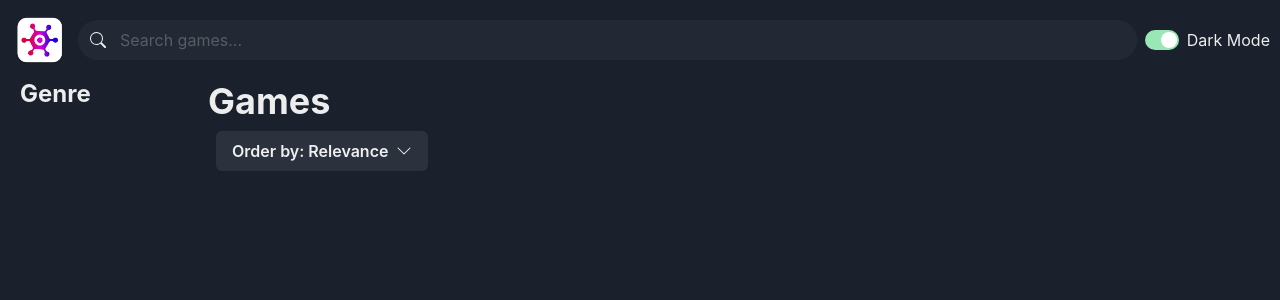
Repository: heyCaroline/game-hub
Page: /
An editor plug-in stored every save of this project. The page is shown before and after the next save, followed by the edit.
The browser window is 1280 px wide. The pictures show the whole page.
The page's requests for data from a server got no answer. The project was rebuilt for these pictures with package versions that can differ from the ones it lists, and the page was loaded fresh each time. No one was signed in, and anything a server would have sent is missing. Also part of the build but not shown: vite.config.ts, src/components/PlatformIconList.tsx, src/components/CriticScore.tsx, src/components/GameCard.tsx.

Above is the page before, as saved 2025-05-23 18:10:21.

### src/main.tsx
import { StrictMode } from "react";
import { createRoot } from "react-dom/client";
import { ChakraProvider, ColorModeScript } from "@chakra-ui/react";
import App from "./App.tsx";
import theme from "./theme";
createRoot(document.getElementById("root")!).render(
  <StrictMode>
    <ChakraProvider theme={theme}>
      <ColorModeScript initialColorMode={theme.config.initialColorMode} />
      <App />
    </ChakraProvider>
  </StrictMode>
);

### src/App.tsx
import {
  Box,
  Flex,
  Grid,
  GridItem,
  Heading,
  HStack,
  Show,
} from "@chakra-ui/react";
import NavBar from "./components/NavBar";
import GameGrid from "./components/GameGrid";
import GenresList from "./components/GenresList";
import { useState } from "react";
import type { Genres } from "./hooks/useGenres";
import PlatformSelector from "./components/PlatformSelector";
import type { Platform } from "./hooks/usePlatform";
import SortSelector from "./components/SortSelector";
import GameHeading from "./components/GameHeading";
export interface GameQuery {
  genre: Genres | null;
  platform: Platform | null;
  sortOrder: string;
  searchText: string;
}
function App() {
  const [gameQuery, setGameQuery] = useState<GameQuery>({
    genre: null,
    platform: null,
    sortOrder: "",
    searchText: "",
  });
  return (
    <>
      <Grid
        templateAreas={{
          base: `"nav" "main"`,
          lg: `"nav nav" "aside main"`,
        }}
        templateColumns={{
          base: "1fr",
          lg: "200px 1fr",
        }}
      >
        <GridItem area="nav">
          <NavBar
            onSearch={(searchText) => {
              setGameQuery({ ...gameQuery, searchText });
            }}
          />
        </GridItem>
        <Show above="lg">
          <GridItem area="aside" paddingX={5}>
            <Heading fontSize="2xl" marginBottom={2}>
              Genre
            </Heading>
            <GenresList
              onSelectedGenre={(genre) => setGameQuery({ ...gameQuery, genre })}
              selectedGenre={gameQuery.genre}
            />
          </GridItem>{" "}
        </Show>
        <GridItem area="main">
          <Box paddingLeft={2}>
            <GameHeading gameQuery={gameQuery} />
            <Flex marginBottom={2} marginTop={2}>
              <PlatformSelector
                onSelectedPlatform={(platform) =>
                  setGameQuery({ ...gameQuery, platform })
                }
                selectedPlatform={gameQuery.platform}
              />
              <Box marginLeft={2}>
                <SortSelector
                  onSelectSortOrder={(sortOrder) =>
                    setGameQuery({ ...gameQuery, sortOrder })
                  }
                  sortOrder={gameQuery.sortOrder}
                />
              </Box>
            </Flex>
          </Box>
          <GameGrid gameQuery={gameQuery} />
        </GridItem>
      </Grid>
    </>
  );
}

export default App;

### src/theme.ts
import { extendTheme, type ThemeConfig } from "@chakra-ui/react";

const config: ThemeConfig = {
  initialColorMode: "dark",
  useSystemColorMode: false,
};

const theme = extendTheme({ config });
export default theme;

### src/components/NavBar.tsx
import { HStack } from "@chakra-ui/react";
import logo from "../assets/logo.webp";
import { Image } from "@chakra-ui/react";
import ColorModeSwitch from "./ColorModeSwitch";
import SearchInput from "./SearchInput";
interface Props {
  onSearch: (searchText: string) => void;
}
const NavBar = ({ onSearch }: Props) => {
  return (
    <HStack padding="10px">
      <Image src={logo} boxSize="60px" />
      <SearchInput
        onSearch={(searchText) => onSearch(searchText)}
      ></SearchInput>
      <ColorModeSwitch />
    </HStack>
  );
};

export default NavBar;

### src/components/GameGrid.tsx
import useGames from "../hooks/useGames";
import { SimpleGrid, Text } from "@chakra-ui/react";
import GameCard from "./GameCard";
import GameCardSkeleton from "./GameCardSkeleton";
import GameCardContainer from "./GameCardContainer";
import type { GameQuery } from "../App";
interface Props {
  gameQuery: GameQuery;
}
const GameGrid = ({ gameQuery }: Props) => {
  const { data, error, isLoading } = useGames(gameQuery);
  const skeletons = [1, 2, 3, 4, 5, 6];
  if (error) return null;
  return (
    <SimpleGrid
      columns={{ sm: 1, md: 2, lg: 3, xl: 4 }}
      padding="10px"
      spacing={6}
    >
      {isLoading &&
        skeletons.map((skeletons) => (
          <GameCardContainer key={skeletons}>
            <GameCardSkeleton />
          </GameCardContainer>
        ))}
      {data.map((g) => (
        <GameCardContainer key={g.id}>
          <GameCard game={g} />
        </GameCardContainer>
      ))}
    </SimpleGrid>
  );
};

export default GameGrid;

### src/components/GenresList.tsx
import useGenres from "../hooks/useGenres";
import {
  Image,
  List,
  ListItem,
  HStack,
  Button,
  Spinner,
} from "@chakra-ui/react";
import getCroppedImageUrl from "../services/image-url";
import type { Genres } from "../hooks/useGenres";
interface Props {
  onSelectedGenre: (genre: Genres) => void;
  selectedGenre: Genres | null;
}
const GenresList = ({ onSelectedGenre, selectedGenre }: Props) => {
  const { data, isLoading, error } = useGenres();
  if (error) return null;
  if (isLoading) return <Spinner />;
  return (
    <List>
      {data.map((genre) => (
        <ListItem key={genre.id} paddingY={2}>
          <HStack>
            <Image
              src={getCroppedImageUrl(genre.image_background)}
              boxSize="32px"
              borderRadius={8}
              objectFit="cover"
            />
            <Button
              onClick={() => onSelectedGenre(genre)}
              variant="link"
              fontSize="lg"
              whiteSpace="normal"
              textAlign="left"
              fontWeight={selectedGenre?.id === genre.id ? "bold" : "normal"}
            >
              {genre.name}
            </Button>
          </HStack>
        </ListItem>
      ))}
    </List>
  );
};

export default GenresList;

### src/components/PlatformSelector.tsx
import { Menu, MenuButton, MenuItem, MenuList } from "@chakra-ui/react";
import { Button } from "@chakra-ui/react";
import { BsChevronDown } from "react-icons/bs";
import usePlatform, { type Platform } from "../hooks/usePlatform";
interface Props {
  onSelectedPlatform: (platform: Platform) => void;
  selectedPlatform: Platform | null;
}

const PlatformSelector = ({ onSelectedPlatform, selectedPlatform }: Props) => {
  const { data, error } = usePlatform();
  if (error) return null;
  return (
    <Menu>
      <MenuButton as={Button} rightIcon={<BsChevronDown />}>
        {selectedPlatform?.name || "Platform"}
      </MenuButton>
      <MenuList>
        {data.map((platform) => (
          <MenuItem
            key={platform.id}
            onClick={() => onSelectedPlatform(platform)}
          >
            {platform.name}
          </MenuItem>
        ))}
      </MenuList>
    </Menu>
  );
};

export default PlatformSelector;

### src/components/SortSelector.tsx
import { Button, Menu, MenuButton, MenuItem, MenuList } from "@chakra-ui/react";
import { BsChevronDown } from "react-icons/bs";
interface Props {
  onSelectSortOrder: (sortOrder: string) => void;
  sortOrder: string;
}
const SortSelector = ({ onSelectSortOrder, sortOrder }: Props) => {
  const sortOrders = [
    { value: "", label: "Relevance" },
    { value: "-added", label: "Date added" },
    { value: "name", label: "Name" },
    { value: "-released", label: "Release date" },
    { value: "-metacritic", label: "Popularity" },
    { value: "-rating", label: "Average rating" },
  ];
  const currentSortOrder = sortOrders.find((s) => s.value === sortOrder);
  return (
    <Menu>
      <MenuButton as={Button} rightIcon={<BsChevronDown />}>
        Order by: {currentSortOrder?.label || "Relevance"}
      </MenuButton>
      <MenuList>
        {sortOrders.map((sortOrder) => (
          <MenuItem
            key={sortOrder.value}
            onClick={() => onSelectSortOrder(sortOrder.value)}
          >
            {sortOrder.label}
          </MenuItem>
        ))}
      </MenuList>
    </Menu>
  );
};

export default SortSelector;

### src/components/GameHeading.tsx
import { Heading } from "@chakra-ui/react";
import type { GameQuery } from "../App";
interface Props {
  gameQuery: GameQuery;
}
const GameHeading = ({ gameQuery }: Props) => {
  const heading = `${gameQuery.genre?.name || ""} ${
    gameQuery.platform?.name || ""
  } Games`;
  return <Heading>{heading}</Heading>;
};

export default GameHeading;

### src/components/ColorModeSwitch.tsx
import { HStack, Switch, useColorMode, Text } from "@chakra-ui/react";

const ColorModeSwitch = () => {
  const { colorMode, toggleColorMode } = useColorMode();
  return (
    <HStack>
      <Switch
        colorScheme="green"
        isChecked={colorMode === "dark"}
        onChange={toggleColorMode}
      />
      <Text whiteSpace="nowrap">Dark Mode</Text>
    </HStack>
  );
};

export default ColorModeSwitch;

### src/components/SearchInput.tsx
import { Input, InputGroup, InputLeftElement } from "@chakra-ui/react";
import { useRef, type FormEvent } from "react";
import { BsSearch } from "react-icons/bs";
interface Props {
  onSearch: (searchText: string) => void;
}
const SearchInput = ({ onSearch }: Props) => {
  const ref = useRef<HTMLInputElement>(null);
  const handleSubmit = (event: FormEvent) => {
    event.preventDefault();
    if (ref.current) {
      onSearch(ref.current.value);
    }
  };
  return (
    <form onSubmit={handleSubmit} style={{ width: "100%" }}>
      <InputGroup>
        <InputLeftElement children={<BsSearch />} />
        <Input
          ref={ref} // 关联 ref
          borderRadius={20}
          placeholder="Search games..."
          variant="filled"
        />
      </InputGroup>
    </form>
  );
};

export default SearchInput;

### src/hooks/useGames.ts
import type { GameQuery } from "../App";
import useData from "./useData";

export interface Platform {
  id: number;
  name: string;
  slug: string;
}
export interface Game {
  name: string;
  id: number;
  background_image: string;
  parent_platforms: { platform: Platform }[];
  metacritic: number;
}
const useGames = (gameQuery: GameQuery) =>
  useData<Game>(
    "/games",
    {
      params: {
        genres: gameQuery.genre?.id,
        platforms: gameQuery.platform?.id,
        sortOrder: gameQuery.sortOrder,
        search: gameQuery.searchText,
      },
    },
    [gameQuery]
  );
export default useGames;

### src/components/GameCardSkeleton.tsx
import { Card, CardBody, SkeletonText, Skeleton } from "@chakra-ui/react";
const GameCardSkeleton = () => {
  return (
    <Card>
      <Skeleton height="200px" />
      <CardBody>
        <SkeletonText />
      </CardBody>
    </Card>
  );
};

export default GameCardSkeleton;

### src/components/GameCardContainer.tsx
import { Box } from "@chakra-ui/react";
import type { ReactNode } from "react";

interface Props {
  children: ReactNode;
}
const GameCardContainer = ({ children }: Props) => {
  return (
    <Box borderRadius="10px" overflow="hidden">
      {children}
    </Box>
  );
};

export default GameCardContainer;

### src/hooks/useGenres.ts
import useData from "./useData";

export interface Genres {
  id: number;
  name: string;
  image_background: string;
}
const useGenres = () => useData<Genres>("/genres");
export default useGenres;

### src/services/image-url.ts
import noImage from "../assets/no-image-placeholder.webp";
const getCroppedImageUrl = (url: string) => {
  if (!url) return noImage;
  const target = "media/";
  const index = url.indexOf(target) + target.length;
  return url.slice(0, index) + "crop/600/400/" + url.slice(index);
};

export default getCroppedImageUrl;

### src/hooks/usePlatform.ts
import useData from "./useData";

export interface Platform {
  id: number;
  name: string;
  slug: string;
}

const usePlatform = () => useData<Platform>("/platforms/lists/parents");
export default usePlatform;

### src/hooks/useData.ts
import { useEffect, useState } from "react";
import apiClient from "../service/api-client";
import { CanceledError, type AxiosRequestConfig } from "axios";

interface FetchResponse<T> {
  count: number;
  results: T[];
}
const useData = <T>(
  endpoint: string,
  requestConfig?: AxiosRequestConfig,
  deps?: any
) => {
  const [data, setData] = useState<T[]>([]);
  const [isLoading, setIsLoading] = useState(false);
  const [error, setError] = useState("");
  useEffect(
    () => {
      const controller = new AbortController();
      setIsLoading(true);
      apiClient
        .get<FetchResponse<T>>(endpoint, {
          signal: controller.signal,
          ...requestConfig,
        })
        .then((res) => {
          setData(res.data.results);
          setIsLoading(false);
        })
        .catch((err) => {
          if (err instanceof CanceledError) return;
          setError(err.message);
          setIsLoading(false);
        });
      return () => controller.abort();
    },
    deps ? [...deps] : []
  );
  return { data, error, isLoading };
};
export default useData;

### src/service/api-client.ts
import axios from "axios";
export default axios.create({
  baseURL: "https://api.rawg.io/api",
  params: {
    key: "a841d5a4ef7b426f9432d3ffd1989b69",
  },
});

Loaded but not shown: index.html (common file)

After the next save:
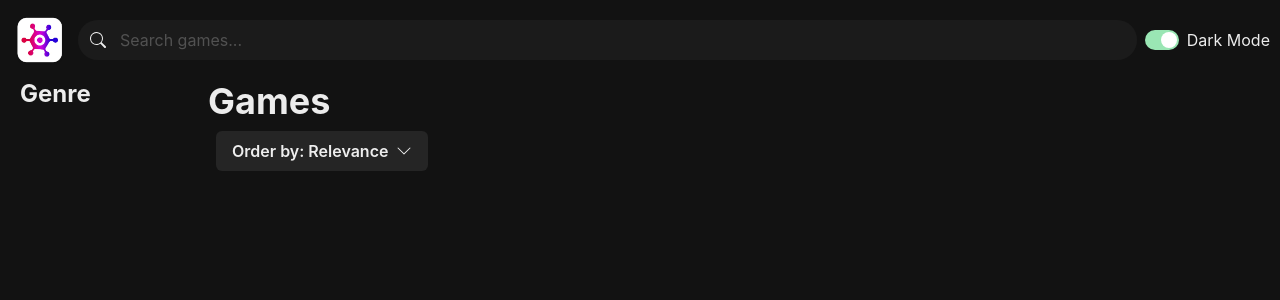
Saved 8 min 13 s later.
--- a/src/theme.ts
+++ b/src/theme.ts
@@ -5,5 +5,24 @@ const config: ThemeConfig = {
   useSystemColorMode: false,
 };
 
-const theme = extendTheme({ config });
+const theme = extendTheme({
+  config,
+  colors: {
+    // 添加自定义颜色
+    gray: {
+      // 覆盖默认的灰色系
+      50: "#f9f9f9", // 示例：非常浅的灰色 (亮色模式下可能用到)
+      100: "#ededed",
+      200: "#d3d3d3",
+      300: "#b3b3b3",
+      400: "#a0a0a0",
+      500: "#898989",
+      600: "#6c6c6c",
+      700: "#202020", // 示例：开始变深的灰色 (暗色模式背景)
+      800: "#121212", // 示例：更深的灰色 (暗色模式卡片等)
+      900: "#080808", // 示例：最深的灰色
+    },
+    // 可以添加或覆盖其他颜色
+  },
+});
 export default theme;
